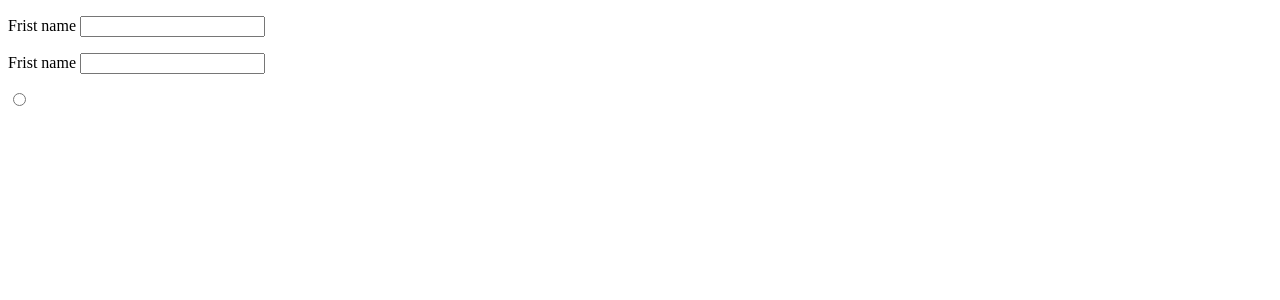
Repository: wakoya-tech/Node.js
Page: Desktop/Node-js/okey.html
These files come from the project's save history. The page is drawn as it stood at one moment and after the next save; the edit follows.
The browser window is 1280 px wide. The pictures show the whole page.

Above is the page before, as saved 2025-11-13 15:56:46.

### Desktop/Node-js/okey.html
<!DOCTYPE html>
<html lang="en">
<head>
    <meta charset="UTF-8">
    <meta name="viewport" content="width=device-width, initial-scale=1.0">
    <title>Form Elements</title>
</head>
<body>
    <P>Frist name <input type="text"></P>
    <P>Frist name <input type="text"></P>
    <input type="radio" value="gender">
</body>
</html>

After the next save:
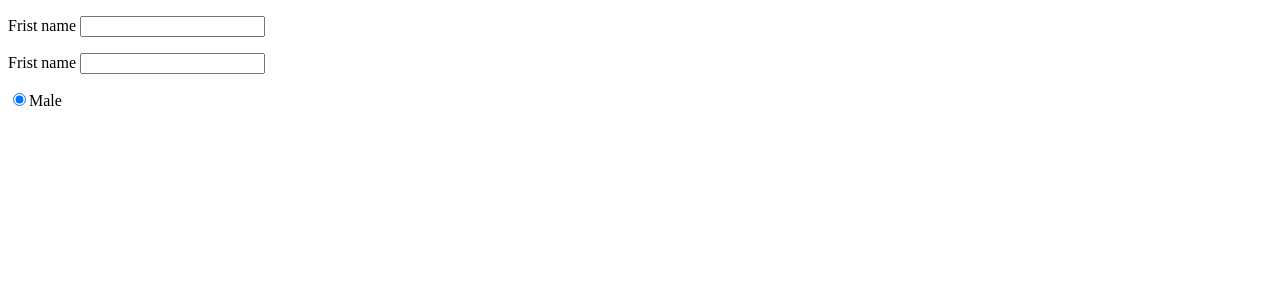
Saved 101 s later.
--- a/Desktop/Node-js/okey.html
+++ b/Desktop/Node-js/okey.html
@@ -8,6 +8,6 @@
 <body>
     <P>Frist name <input type="text"></P>
     <P>Frist name <input type="text"></P>
-    <input type="radio" value="gender">
+    <input type="radio"name="gender" value="male"checked="checked">Male
 </body>
 </html>
